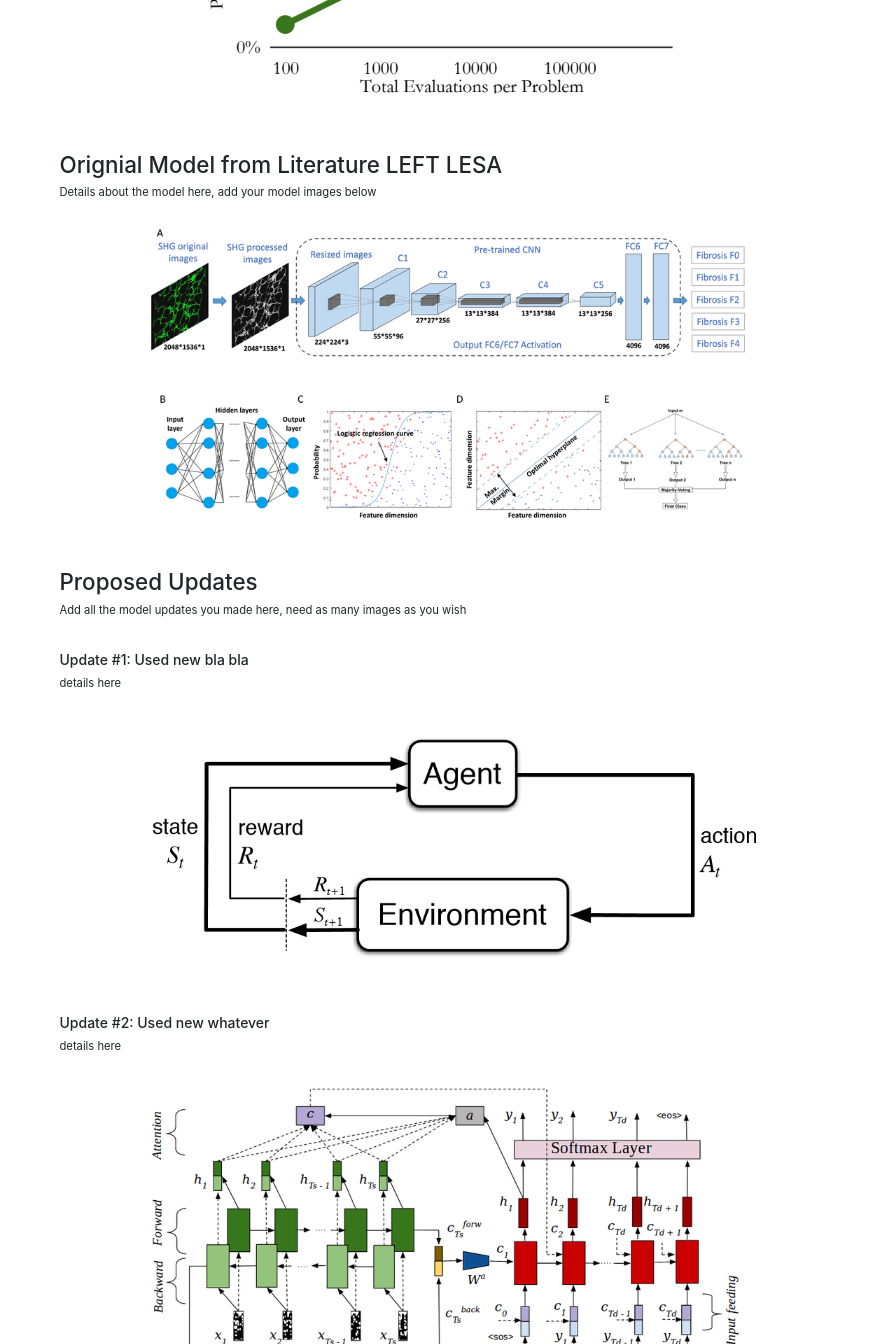
Repository: Shaalan-omar/ConcodePlus
Page: team-specific/index.html
The author's editor kept a copy of each file at every save. The page is drawn from the files as they stood at one save, then again after the next save.
The browser window is 1280 px wide. The pictures show the part of the page from y = 4208 to 6128 px (the page is 7710 px tall), at 70% of full size.

Above is the page before, as saved 2023-05-12 03:53:00.

### team-specific/index.html
<!DOCTYPE html>
<html lang="en">

<head>

  <meta charset="utf-8">
  <meta name="viewport" content="width=device-width, initial-scale=1, shrink-to-fit=no">
  <meta name="description" content="">
  <meta name="author" content="">

  <title>Code Generation / Documentation model based on CodeT5</title>

  <!-- Bootstrap core CSS -->
  <link href="../vendor/bootstrap/css/bootstrap.min.css" rel="stylesheet">

</head>

<body>

  <!-- Navigation -->
  <nav class="navbar navbar-expand-lg navbar-dark bg-dark static-top">
    <div class="container">
      <a class="navbar-brand" href="../home.html">Practical Machine Deep Learning</a>
      <button class="navbar-toggler" type="button" data-toggle="collapse" data-target="#navbarResponsive" aria-controls="navbarResponsive" aria-expanded="false" aria-label="Toggle navigation">
        <span class="navbar-toggler-icon"></span>
      </button>
      <div class="collapse navbar-collapse" id="navbarResponsive">
        <ul class="navbar-nav ml-auto">
          <li class="nav-item active">
            <a class="nav-link" href="../home.html">Home
              <span class="sr-only">(current)</span>
            </a>
          </li>
          <li class="nav-item">
            <a class="nav-link" href="../about.html">About</a>
          </li>
          <li class="nav-item">
            <a class="nav-link" href="../contact.html">Contact</a>
          </li>
        </ul>
      </div>
    </div>
  </nav>

  <!-- Page Content -->
  <div class="container">
    <div class="row">
      <div class="col-lg-12 text-center">
        <h1 class="mt-5">Code Generation / Documentation model based on CodeT5</h1>
        <ul class="list-unstyled">
          <li>Omar Shaalan 900193887</li>
          <li>Kyrollos Zakarya 900203309</li>
        </ul>
      </div>
    </div>


    <div class="row">
      <div class="col-lg-12 text-left">
        <h2 class="mt-5"></h2>
		<p>
			Code generation is a very important in our current daily life. However, the documentation of the code is beyond important too,
      we need the code that is generated to have a documentation generated with it in order to be able to generate a code that is understandable
      and increase the efficency (we increase the efficency of the code by providing documentation for the code so it will be easy to reuse/extract needed parts of the code)
		</p>
      </div>
    </div>

    <div class="row">
      <div class="col-lg-12 text-left">
        <h2 class="mt-5">Dataset</h2>

        <p>
			Our initial plan was to work with the Cocode's task dataset, which is concode (the code generation task), this was intentionally our intution
      as our task, ConcodePlus(the code generation with documentation), was going to generate the code that concode generated but with comments. However,
      in concode's dataset we only had the code and the Natural Language describing the code, but no dataset had the code itself with comments in the same coloumn,
      this of course limited our ways
      to train the model on genreating a documented code, as we had no clear dataset that had code, comments for that code, all we had was datasets having code and
      a natural language describing the code, as illustrated in the visualization of the Concode's dataset below.
    </p>
    <br/> <!-- Empty Line before the image -->
    <div class="img-container" align="center"> <!-- Block parent element -->
        <img src="resources/images/concode.png" class="img-fluid text-center">
    </div>
    <br/> <!-- Empty Line after the image -->
<p>
  Hence, we had to make a major change, that will allow us to have a dataset that contains a pair consisting of code and a prompt as usual describing
      the code, but in the code's column we added comments to the code itself in the same coloumn.
      This was our own dataset, and we called PyPlus, as this dataset works on Python codes only, and the plus part is because it is the first of its
      type to contain code with a detailed comments of the code in the same column, or at least the first
      of its type as an open source dataset, as we have found no dataset in python storing data in that way.
</p>
<br/> <!-- Empty Line before the image -->
<div class="img-container" align="center"> <!-- Block parent element -->
    <img src="resources/images/dataset.png" class="img-fluid text-center">
</div>

      </div>
    </div>

    <div class="row">
      <div class="col-lg-12 text-left">
        <h2 class="mt-5">Input/Output Examples</h2>

        <p>
			 Problem statement: -
		</p>

		<br/> <!-- Empty Line before the image -->
	    <div class="img-container" align="center"> <!-- Block parent element -->
      		<img src="resources/images/Problem_Stat_1.png" class="img-fluid text-center">
    	</div>

    	<br/> <!-- Empty Line after the image -->

      <br/> <!-- Empty Line before the image -->
	    <div class="img-container" align="center"> <!-- Block parent element -->
      		<img src="resources/images/Problem_Stat_2.png" class="img-fluid text-center">
    	</div>

    	<br/> <!-- Empty Line after the image -->
      </div>
    </div>

    <p class = "center">
      Feel the difference?
   </p>
    <div class="row">
      <div class="col-lg-12 text-left">
        <h2 class="mt-5">State of the art (PARSEL)</h2>

        <p>
			SOTA models and their accuracies (tables are needed I believe):-
		</p>

		<br/> <!-- Empty Line before the image -->
	    <div class="img-container" align="center"> <!-- Block parent element -->
      		<img src="resources/images/parsel_1.png" class="img-fluid text-center">
    	</div>
    	<br/> <!-- Empty Line after the image -->

      <br/> <!-- Empty Line before the image -->
	    <div class="img-container" align="center"> <!-- Block parent element -->
      		<img src="resources/images/parsel_2.png" class="img-fluid text-center">
    	</div>
    	<br/> <!-- Empty Line after the image -->

      <br/> <!-- Empty Line before the image -->
	    <div class="img-container" align="center"> <!-- Block parent element -->
      		<img src="resources/images/parsel_3.png" class="img-fluid text-center">
    	</div>
    	<br/> <!-- Empty Line after the image -->
      </div>
    </div>

    <div class="row">
      <div class="col-lg-12 text-left">
        <h2 class="mt-5">Orignial Model from Literature LEFT LESA</h2>

        <p>
			Details about the model here, add your model images below
		</p>

		<br/> <!-- Empty Line before the image -->
	    <div class="img-container" align="center"> <!-- Block parent element -->
      		<img src="resources/images/model.png" class="img-fluid text-center">
    	</div>
    	<br/> <!-- Empty Line after the image -->
      </div>
    </div>

    <div class="row">
      <div class="col-lg-12 text-left">
        <h2 class="mt-5">Proposed Updates</h2>

        <p>
			Add all the model updates you made here, need as many images as you wish
		</p>

		<h5 class="mt-5">Update #1: Used new bla bla</h5>
		<p>
			details here
		</p>
		<br/> <!-- Empty Line before the image -->
	    <div class="img-container" align="center"> <!-- Block parent element -->
      		<img src="resources/images/reinforcement.png" class="img-fluid text-center">
    	</div>
    	<br/> <!-- Empty Line after the image -->

		<h5 class="mt-5">Update #2: Used new whatever</h5>
		<p>
			details here
		</p>
		<br/> <!-- Empty Line before the image -->
	    <div class="img-container" align="center"> <!-- Block parent element -->
      		<img src="resources/images/update2.png" class="img-fluid text-center">
    	</div>
    	<br/> <!-- Empty Line after the image -->
      </div>
    </div>


    <div class="row">
      <div class="col-lg-12 text-left">
        <h2 class="mt-5">Results</h2>

        <p>
			Add your results here, add graphs and images to illustrate it.
			Compare your results to the original model and state of the art
		</p>

		<br/> <!-- Empty Line before the image -->
	    <div class="img-container" align="center"> <!-- Block parent element -->
      		<img src="resources/images/results.png" class="img-fluid text-center">
    	</div>
    	<br/> <!-- Empty Line after the image -->
      </div>
    </div>


    <div class="row">
      <div class="col-lg-12 text-left">
        <h2 class="mt-5">Technical report</h2>

        <p>
			Here you will detail the details related to training, for example:
		</p>

	 	<ul>
		  <li>Programming framework</li>
		  <li>Training hardware i.e. colab or azure or anything else</li>
		  <li>Training time</li>
		  <li>Number of epochs</li>
		  <li>Time per epoch</li>
		  <li>Any other important detail or difficulties</li>
		</ul>
      </div>
    </div>

	<div class="row">
	  <div class="col-lg-12 text-left">
	    <h2 class="mt-5">Conclusion</h2>

	    <p>
			Conclusion and future work (including lessons learned and interesting findings
		</p>

	  </div>
	</div>

	<div class="row">
	  <div class="col-lg-12 text-left">
	    <h2 class="mt-5">References</h2>

	    <p>
	    	List all references here, the following are only examples
	    </p>

		<ol>
		  <li><a href="https://arxiv.org/pdf/2212.10561v2.pdf">Parsel Paper</a></li>
		  <li><a href="https://arxiv.org/pdf/2109.00859v1.pdf">CodeT5 PaperL</a></li>
		  <li><a href="http://www.google.com">Dataset Link</a></li>
		</ol>
	  </div>
	</div>

  </div>



  <!-- Bootstrap core JavaScript -->
  <script src="../vendor/jquery/jquery.slim.min.js"></script>
  <script src="../vendor/bootstrap/js/bootstrap.bundle.min.js"></script>

</body>

</html>

Loaded but not shown: vendor/bootstrap/css/bootstrap.min.css (library); vendor/jquery/jquery.slim.min.js (library); vendor/bootstrap/js/bootstrap.bundle.min.js (library)

After the next save:
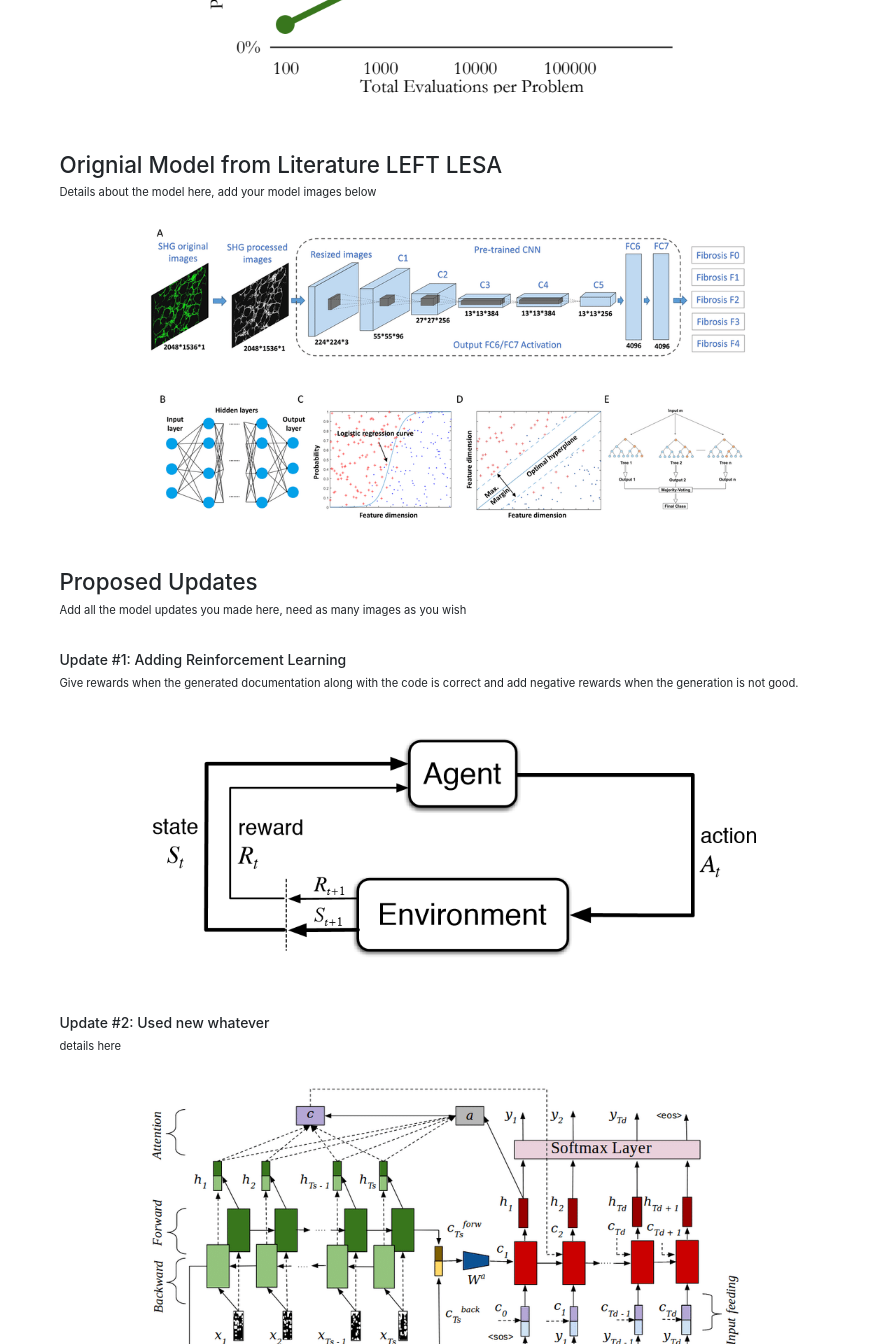
Saved 115 s later.
--- a/team-specific/index.html
+++ b/team-specific/index.html
@@ -177,9 +177,9 @@
 			Add all the model updates you made here, need as many images as you wish
 		</p>
 
-		<h5 class="mt-5">Update #1: Used new bla bla</h5>
+		<h5 class="mt-5">Update #1: Adding Reinforcement Learning</h5>
 		<p>
-			details here
+			Give rewards when the generated documentation along with the code is correct and add negative rewards when the generation is not good.
 		</p>
 		<br/> <!-- Empty Line before the image -->
 	    <div class="img-container" align="center"> <!-- Block parent element -->
